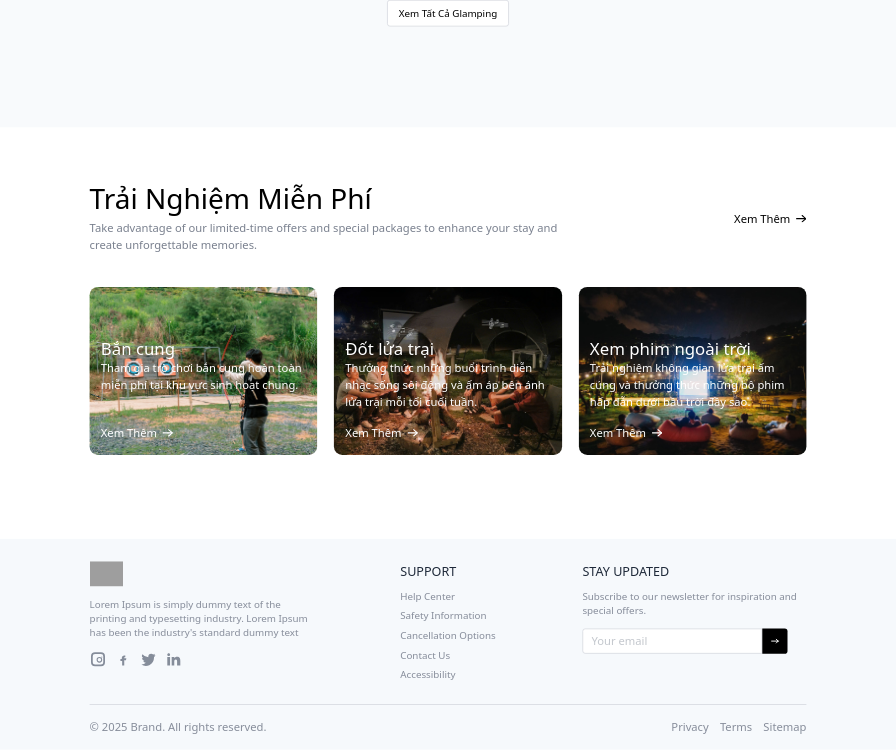
Repository: Ponn-Star/My-App
Page: / (app in FrontEnd/)
The author's editor kept a copy of each file at every save. The page is drawn from the files as they stood at one save, then again after the next save.
The browser window is 1280 px wide. The pictures show the part of the page from y = 1417 to 3337 px (the page is 2488 px tall before and 3337 px after), at 70% of full size.
Pictures or frames that could not be fetched are drawn as grey boxes. The page's requests for data from a server got no answer. The project was rebuilt for these pictures with package versions that can differ from the ones it lists, and the page was loaded fresh each time. Some packages were replaced by stand-ins written for this rebuild. No one was signed in, and anything a server would have sent is missing. Also part of the build but not shown: FrontEnd/vite.config.js, FrontEnd/src/assets/assets.js, FrontEnd/src/components/Admin/Navbar.jsx, FrontEnd/src/pages/AllRooms.jsx, FrontEnd/src/pages/RoomDetails.jsx, FrontEnd/src/pages/MyBookings.jsx, FrontEnd/src/components/Admin/Sidebar.jsx, FrontEnd/src/pages/Admin/Layout.jsx and 5 more.

Above is the page before, as saved 2025-06-06 00:11:45.

After the next save:
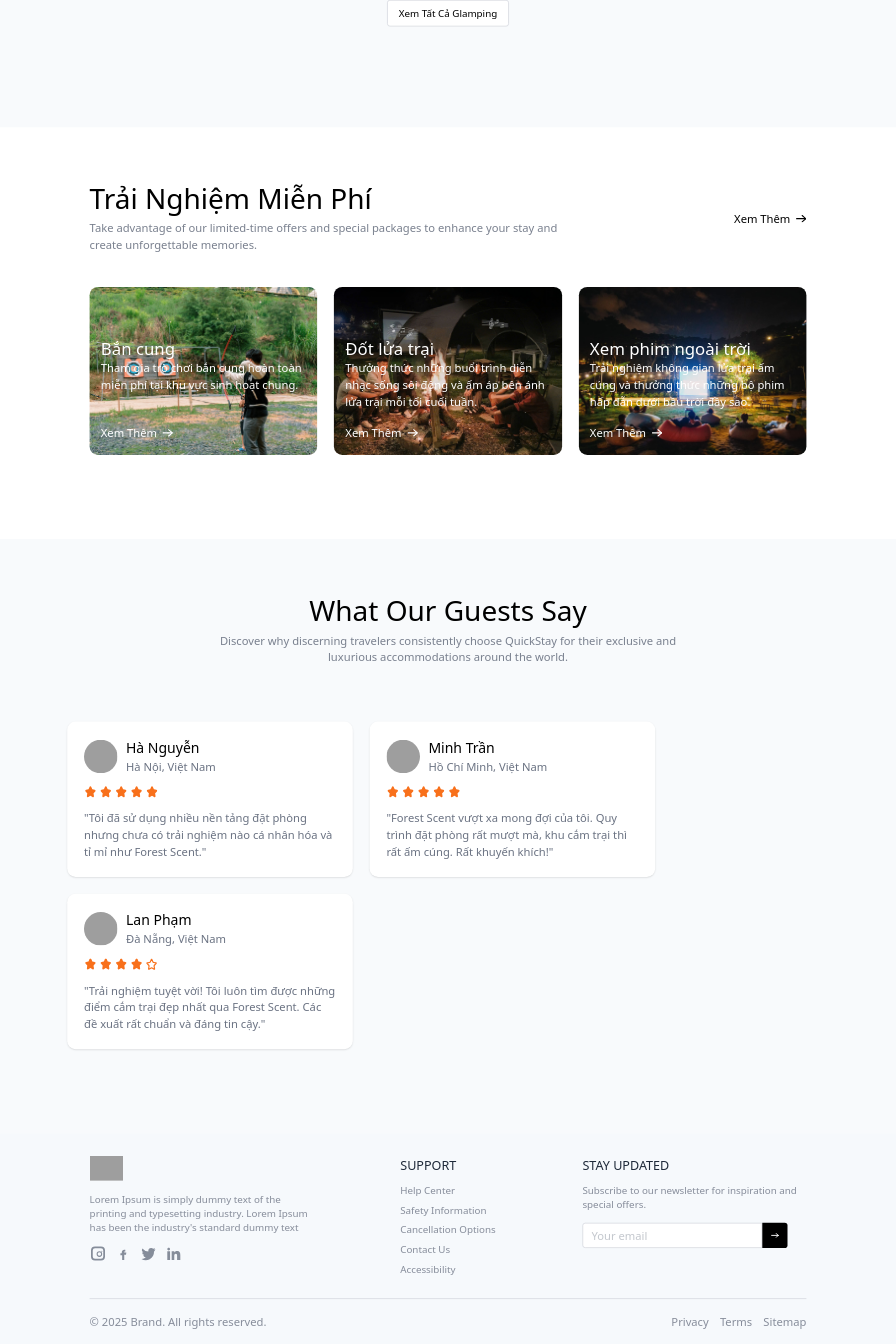
Saved 65 s later.
--- a/FrontEnd/src/pages/Home.jsx
+++ b/FrontEnd/src/pages/Home.jsx
@@ -2,7 +2,7 @@ import React from 'react'
 import Hero from '../components/Hero'
 import FeaturedDestination from '../components/FeaturedDestination'
 import ExclusiveOffers from '../components/ExclusiveOffers'
-// import Testimonial from '../components/Testimonial'
+import Testimonial from '../components/Testimonial'
 
 const Home = () => {
   return (
@@ -10,7 +10,7 @@ const Home = () => {
       <Hero />
       <FeaturedDestination />
       <ExclusiveOffers />
-      {/* <Testimonial /> */}
+      <Testimonial />
     </>
   )
 }
